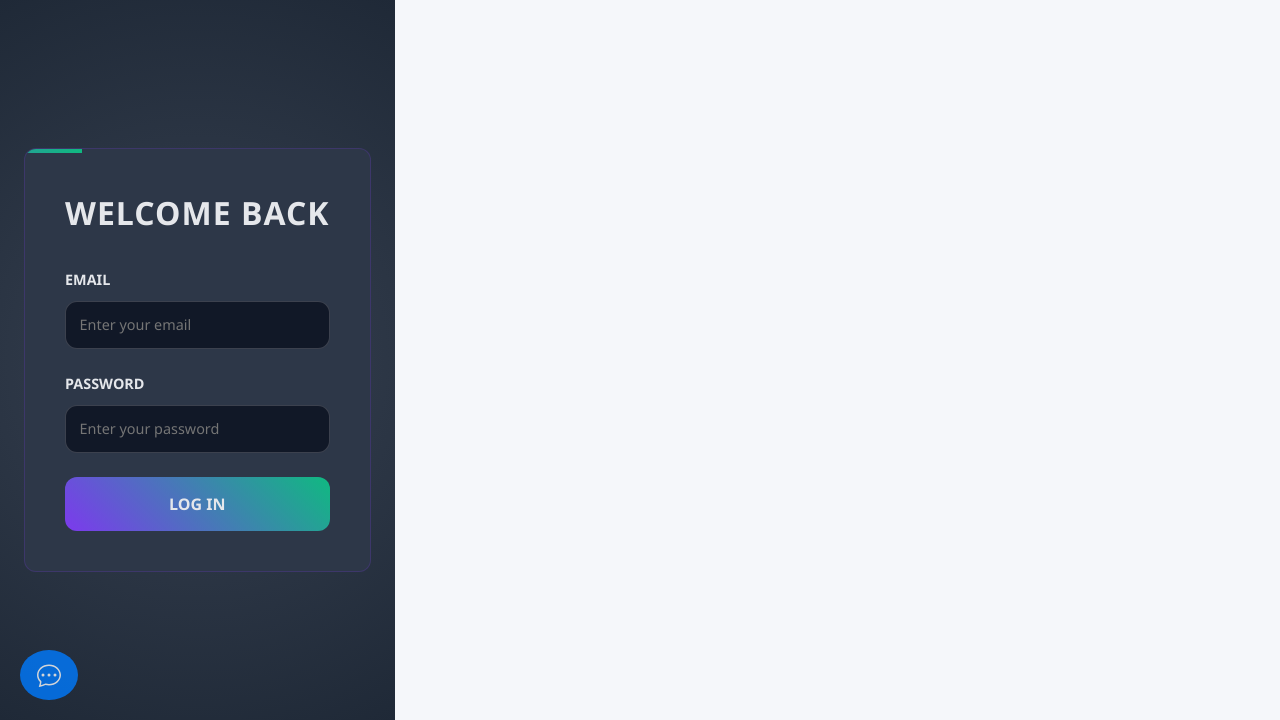
Repository: ferhadsultan98/e-commerce
Page: /
These files come from the project's save history. The page is drawn as it stood at one moment and after a run of saves; the edit follows.
The browser window is 1280 px wide. The pictures show the whole page.
The project was rebuilt for these pictures with package versions that can differ from the ones it lists, and the page was loaded fresh each time. Also part of the build but not shown: vite.config.js, src/client/Styles/Products.scss, src/client/Pages/Products/ProductCard.jsx, src/client/Pages/Products/Products.jsx, src/client/Styles/TechSlider.scss, src/client/Pages/TechSlider/TechSlider.jsx, src/client/Styles/TopHeader.scss, src/client/Components/Header/TopHeader.jsx and 28 more.

Above is the page before, as saved 2025-04-22 17:02:11.

After the next 2 saves:
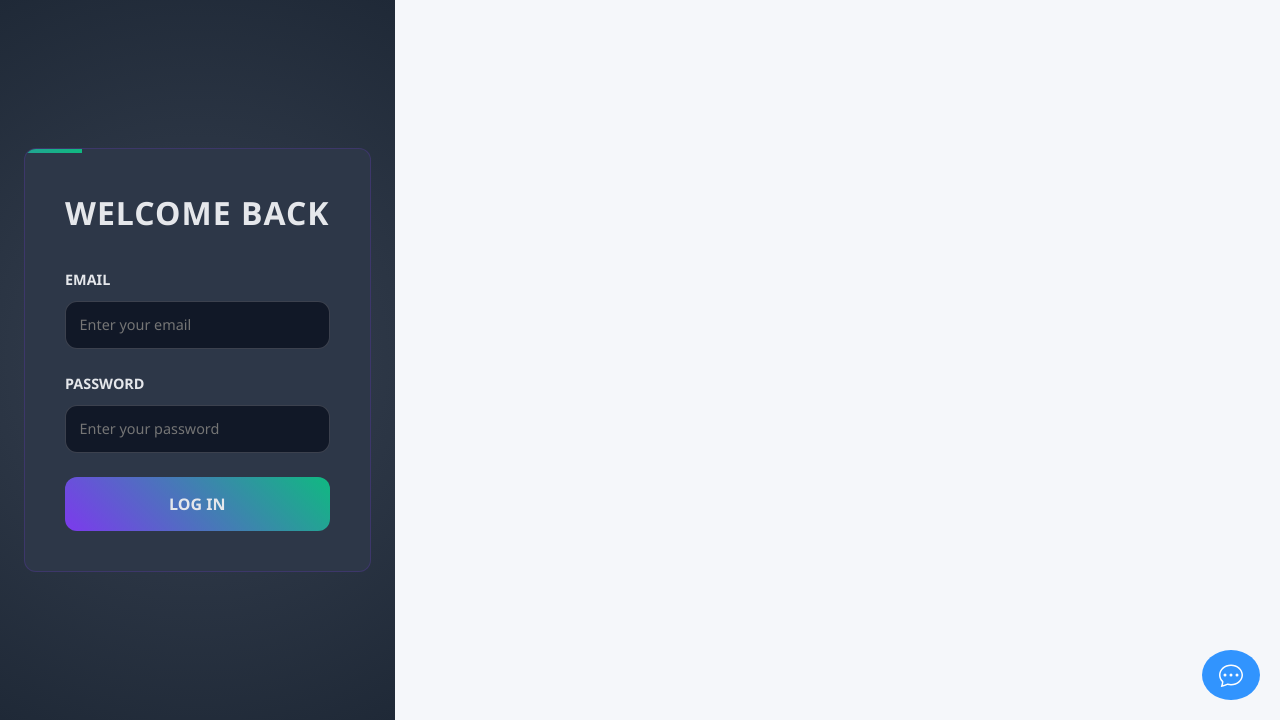
The 2 saves are shown as one change because they came seconds apart.
The last was saved 9 s later.
--- a/src/client/Styles/ChatWidget.scss
+++ b/src/client/Styles/ChatWidget.scss
@@ -38,7 +38,7 @@
   .chatButton {
     position: fixed;
     bottom: 20px;
-    left: 20px;
+    right: 20px;
     width: 50px;
     height: 50px;
     background-color: #007bff;
